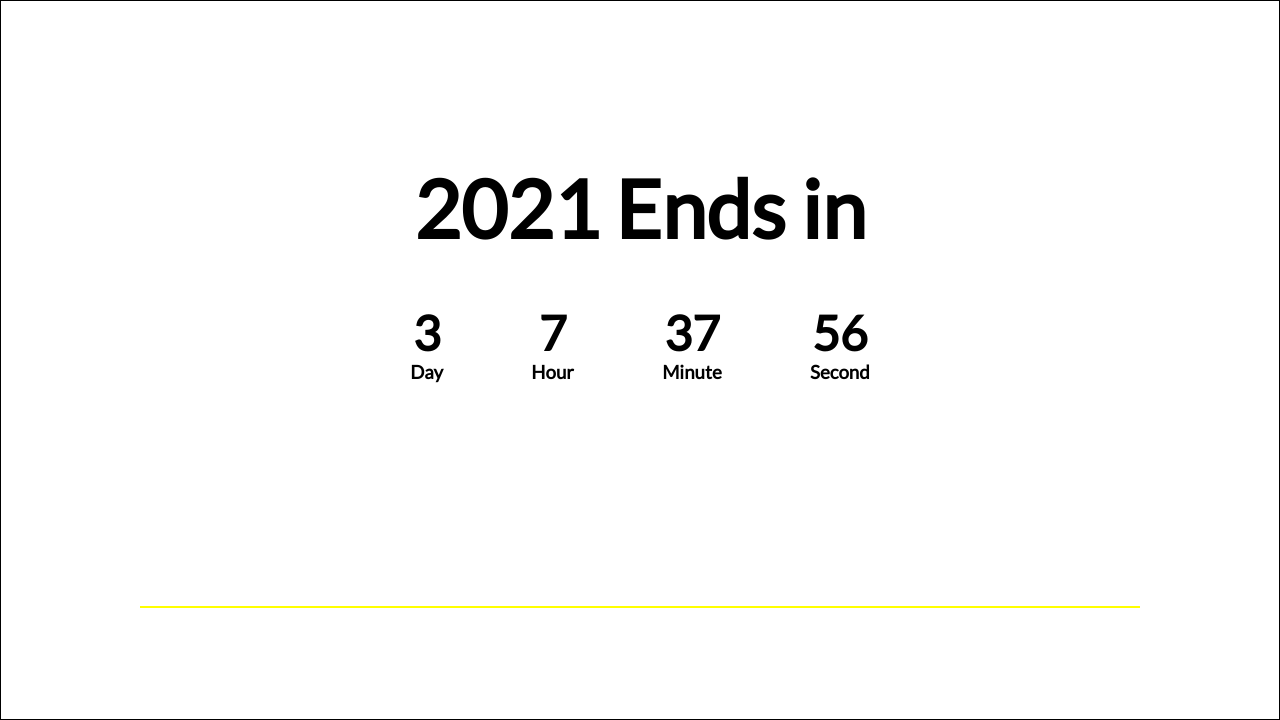
Repository: PratypartyY2K/JavaScript-Projects
Page: Countdown/index.html
These files come from the project's save history. The page is drawn as it stood at one moment and after the next save; the edit follows.
The browser window is 1280 px wide. The pictures show the whole page.
Pictures or frames that could not be fetched are drawn as grey boxes.

Above is the page before, as saved 2021-07-04 08:49:44.

After the next save:
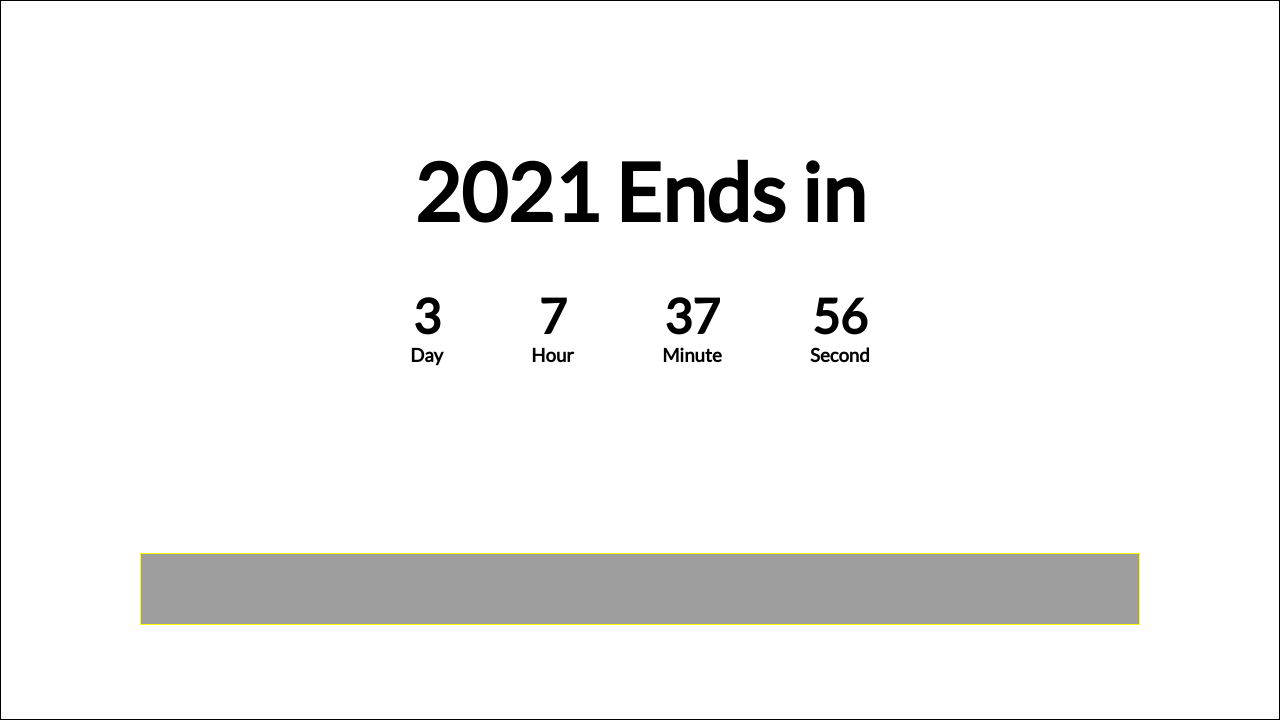
Saved 16 s later.
--- a/Countdown/styles.css
+++ b/Countdown/styles.css
@@ -34,7 +34,7 @@ h2 {
 }
 
 .countdown-image {
-
+    height: 10vh;
     width: 1000px;
     background-image: url(https://cdn.pixabay.com/photo/2019/12/07/04/24/doodle-4678658_960_720.png);
 
